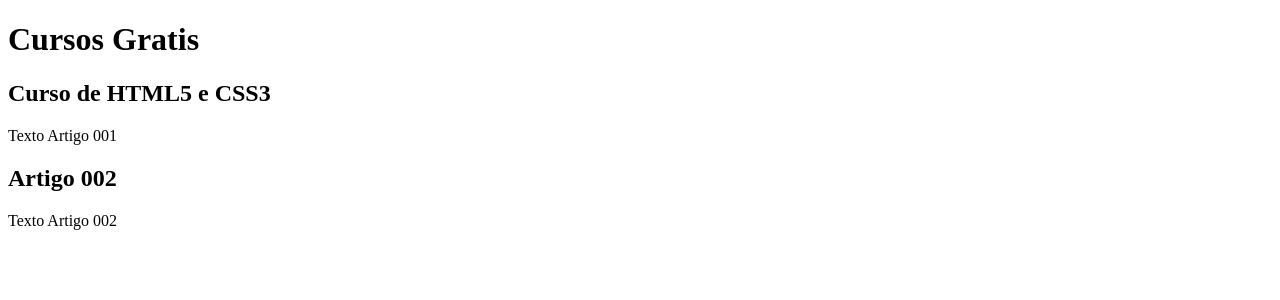
Repository: AnthonyLuanSantos/projeto-site
Page: index.html
The author's editor kept a copy of each file at every save. The page is drawn from the files as they stood at one save, then again after the next save.
The browser window is 1280 px wide. The pictures show the whole page.

Above is the page before, as saved 2024-08-18 20:38:28.

### index.html
<!DOCTYPE html>
<html lang="pt-br">
<head>
    <meta charset="UTF-8">
    <meta name="viewport" content="width=device-width, initial-scale=1.0">
    <title>Título do Site</title>
</head>
<body>
    <main>
        <header>
            <h1>Cursos Gratis</h1>
        </header>
        <article>
            <h2>Curso de HTML5 e CSS3</h2>
            <p>Texto Artigo 001</p>
        </article>
        <article>
            <h2>Artigo 002</h2>
            <p>Texto Artigo 002</p>
        </article>
    </main>
</body>
</html>

After the next save:
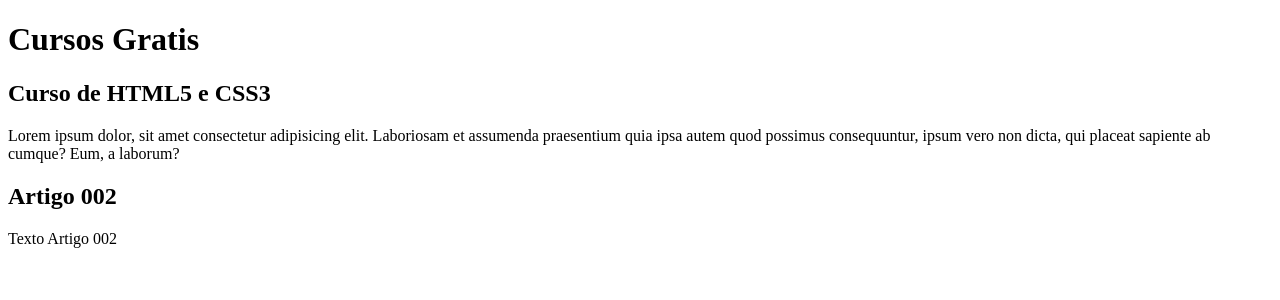
Saved 13 s later.
--- a/index.html
+++ b/index.html
@@ -12,7 +12,7 @@
         </header>
         <article>
             <h2>Curso de HTML5 e CSS3</h2>
-            <p>Texto Artigo 001</p>
+            <p>Lorem ipsum dolor, sit amet consectetur adipisicing elit. Laboriosam et assumenda praesentium quia ipsa autem quod possimus consequuntur, ipsum vero non dicta, qui placeat sapiente ab cumque? Eum, a laborum?</p>
         </article>
         <article>
             <h2>Artigo 002</h2>
